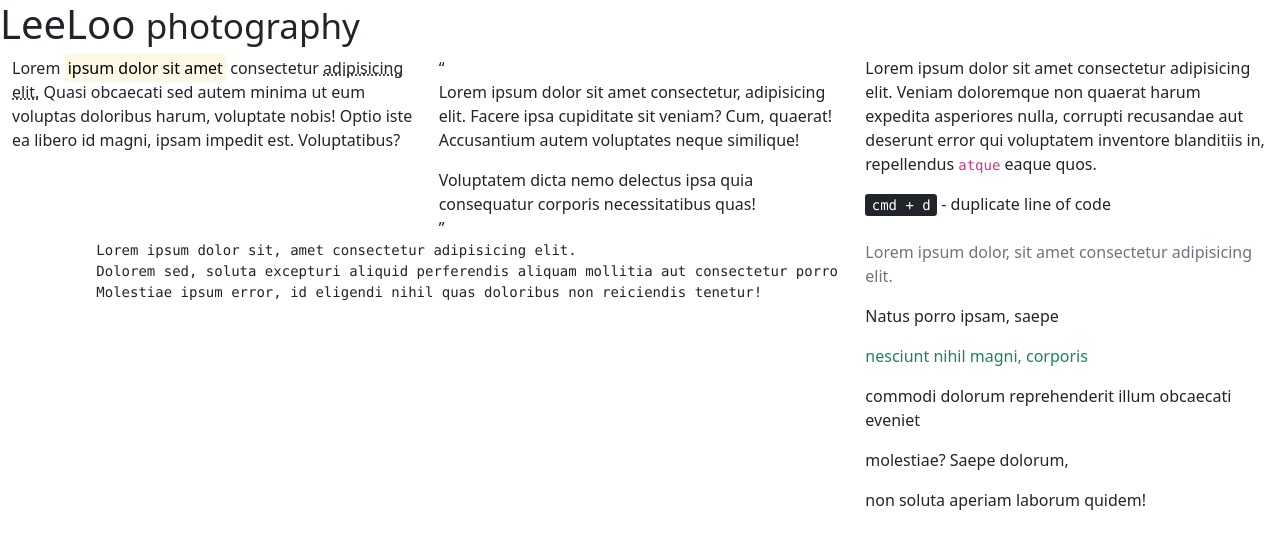
Repository: Zyzik-33/bootstrap-test
Page: index.html
An editor plug-in stored every save of this project. The page is shown before and after the next save, followed by the edit.
The browser window is 1280 px wide. The pictures show the whole page.

Above is the page before, as saved 2021-01-27 14:58:29.

After the next save:
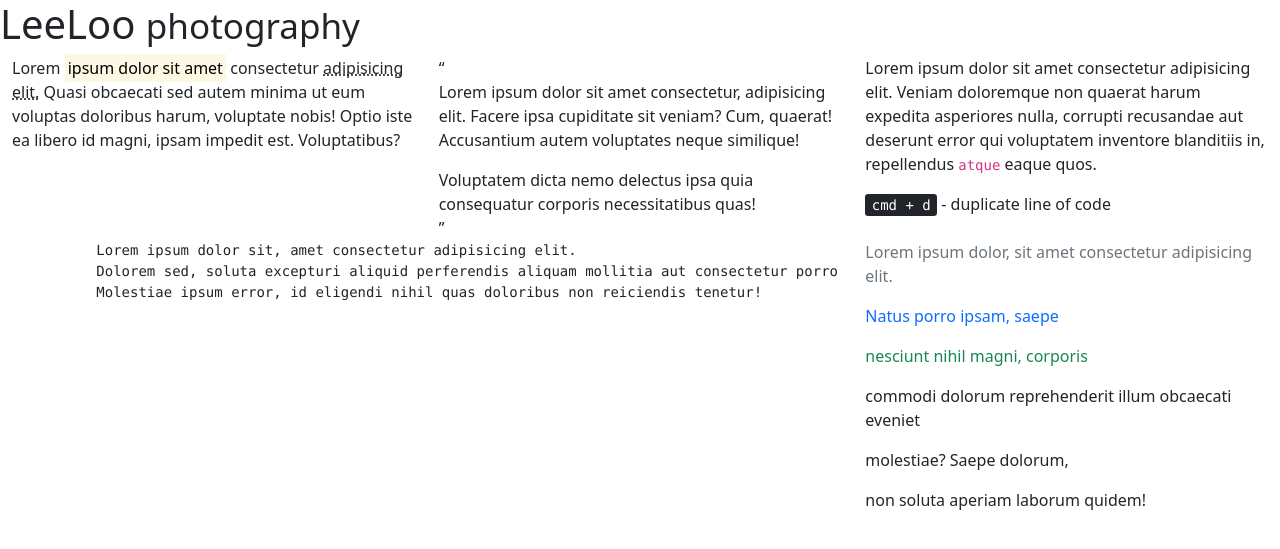
Saved 15 s later.
--- a/index.html
+++ b/index.html
@@ -47,7 +47,7 @@
       </div>
       <div class="col-lg-4">
        <p class="text-muted"> Lorem ipsum dolor, sit amet consectetur adipisicing elit.</p>
-       <p class="text-primari">Natus porro ipsam, saepe</p>
+       <p class="text-primary">Natus porro ipsam, saepe</p>
        <p class="text-success">nesciunt nihil magni, corporis</p>
        <p>commodi dolorum reprehenderit illum obcaecati eveniet</p>
        <p>molestiae? Saepe dolorum,</p>
